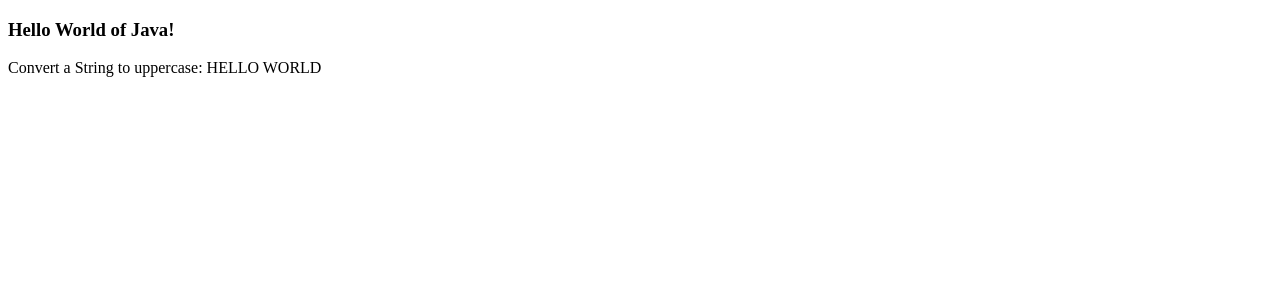
Repository: PNSVN3035/excelr-evening-full-stack
Page: http://localhost/01-jsp-fundamentals/02-expression-test.jsp
These files come from the project's save history. The page is drawn as it stood at one moment and after the next save; the edit follows.
The browser window is 1280 px wide. The pictures show the whole page.
The page is served by Tomcat 9.

Above is the page before, as saved 2024-05-14 01:05:24.

After the next save:
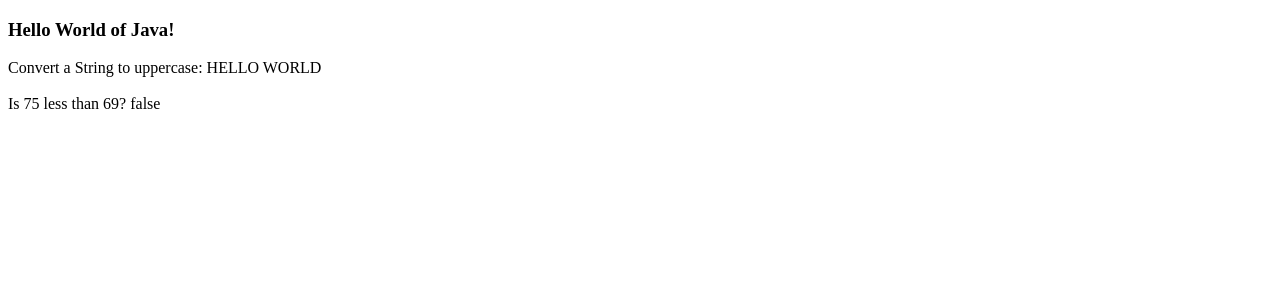
Saved 44 s later.
--- a/ExcelREvening/Backend/servlets/03-JSPsOnIDE/01-jsp-fundamentals/src/main/webapp/02-expression-test.jsp
+++ b/ExcelREvening/Backend/servlets/03-JSPsOnIDE/01-jsp-fundamentals/src/main/webapp/02-expression-test.jsp
@@ -9,6 +9,7 @@
 	<body>
 		<h3>Hello World of Java!</h3>
 		Convert a String to uppercase: <%= new String("Hello World").toUpperCase() %> <br/><br/>
+		Is 75 less than 69? <%= 75 < 69 %>
 
 	</body>
 </html>
